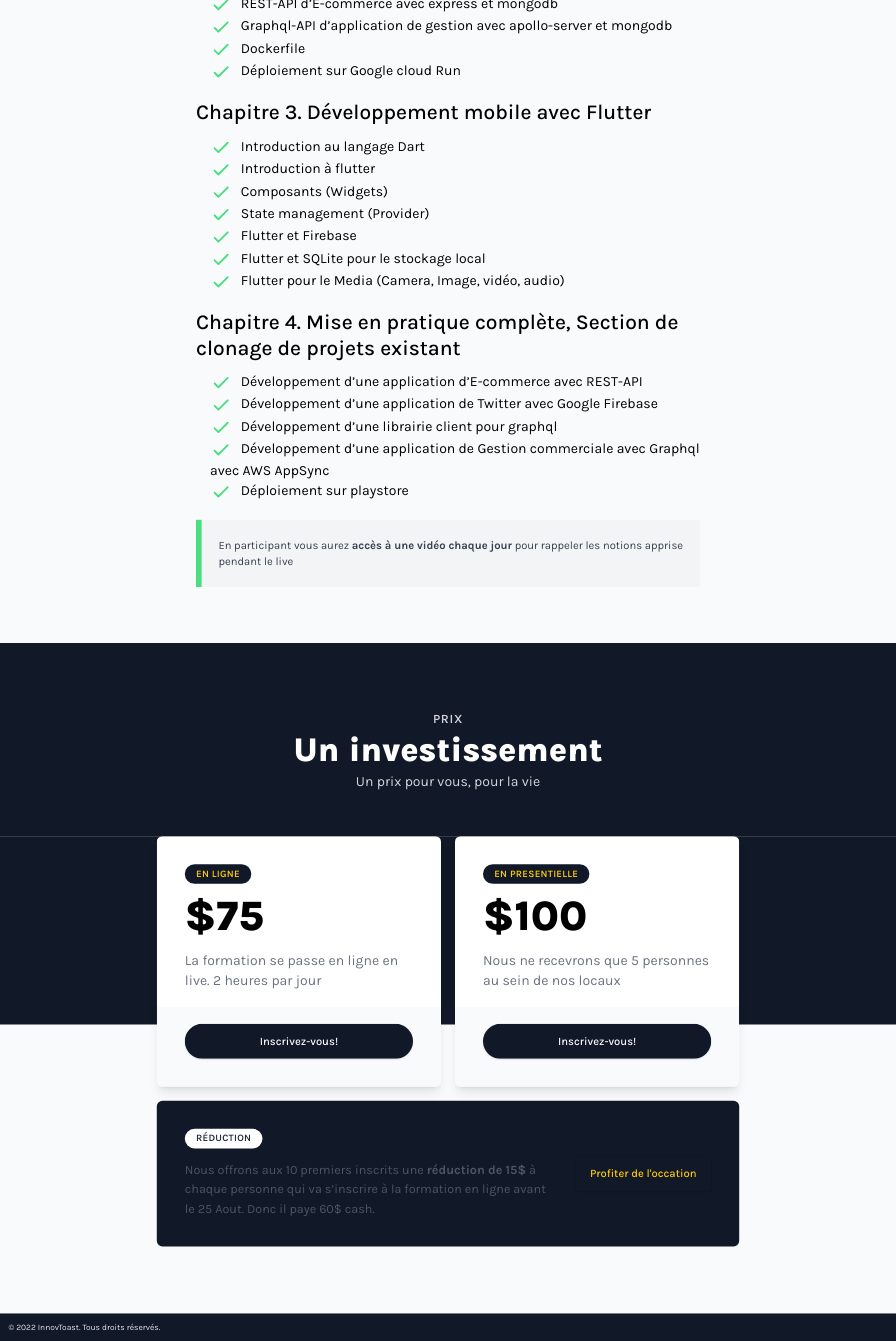
Repository: alfredlwanzo/course
Page: /
An editor plug-in stored every save of this project. The page is shown before and after the next save, followed by the edit.
The browser window is 1280 px wide. The pictures show the part of the page from y = 1562 to 3482 px (the page is 3478 px tall before and 3482 px after), at 70% of full size.
The project was rebuilt for these pictures with package versions that can differ from the ones it lists, and the page was loaded fresh each time. The framework's server and built-in components were replaced by stand-ins that run in the browser. Also part of the build but not shown: next.config.js.

Above is the page before, as saved 2022-08-09 14:40:14.

### pages/_app.tsx
import '../src/styles/globals.css'
import type { AppProps } from 'next/app'

function MyApp({ Component, pageProps }: AppProps) {
  return <Component {...pageProps} />
}

export default MyApp

### pages/_document.tsx
import NextDocument, { Html, Head, Main, NextScript } from "next/document";

type Props = {};

class MyDocument extends NextDocument<Props> {
  render() {
    return (
      <Html>
        <Head>
          <link rel="manifest" href="/manifest.json" />
          <link rel="apple-touch-icon" href="/icon.png"></link>
          <meta name="theme-color" content="#FFCB08" />
          <link rel="icon" href="/favicon.ico" />
        </Head>
        <body>
          <Main />
          <NextScript />
        </body>
      </Html>
    );
  }
}

export default MyDocument;

### pages/index.tsx
import Footer from '@src/components/Footers/Footer'
import ContentSection from '@src/components/sections/Content'
import HomeSection from '@src/components/sections/Home'
import PricingSection from '@src/components/sections/Pricing'
import type { NextPage } from 'next'
import Head from 'next/head'
import Image from 'next/image'


const Home: NextPage = () => {
  return (
    <div className="">
      <Head>
        <title>Innov | Bootcamp pour devenir fullStack developpeur</title>
        <meta name="description" content="Generated by create next app" />
        <link rel="icon" href="/favicon.ico" />
      </Head>

      <main className="">
       <section className="bg-primary pt-28 pb-14 md:pb-28">
        {/* section Home */}
        <HomeSection/>
       </section>

       {/* section content */}
       <section className="py-6 md:py-20">
        <ContentSection/>
       </section>
       {/* Section pricing */}
       <section>
        <PricingSection/>
       </section>
      </main>

      <Footer/>
    </div>
  )
}

export default Home

### src/styles/globals.css

/* Fonts: Comfortaa & Karla */
@import url('https://fonts.googleapis.com/css2?family=Comfortaa:wght@300;400;500;600;700&display=swap');
@import url('https://fonts.googleapis.com/css2?family=Karla:ital,wght@0,200;0,300;0,400;0,500;0,600;0,700;0,800;1,200;1,300;1,400;1,500;1,600;1,700;1,800&display=swap');

/* tailwind */
@tailwind base;
@tailwind components;
@tailwind utilities;


html,
body {
  padding: 0;
  margin: 0;
  @apply bg-gray-50;
  font-family: 'Karla', sans-serif;
}

a {
  color: inherit;
  text-decoration: none;
}

* {
  box-sizing: border-box;
}

### src/components/Footers/Footer.tsx
import React from 'react'
import Copyright from './Copyright'


const Footer = () => {
  return (
    <div className='bg-gray-900'>
        <Copyright/>
    </div>
  )
}

export default Footer

### src/components/sections/Content.tsx
import React from "react";
import { CheckIcon } from "@heroicons/react/outline";

const ContentSection = () => {
  return (
    <article className="max-w-3xl mx-auto px-3 sm:px-6">
      <blockquote className="bg-gray-900 border-l-8 border-l-primary text-gray-200 p-4">
        <h6 className="text-primary text-3xl font-extrabold">Contenu de la formation</h6>
        Nous avons mis du temps à préparer afin de produire un contenue riche. Nous avons appliqué une approche de rendre des notions complexes, faciles à apprendre. Nous voulons qu’une personne après avoir participer à cette formation puisse être capable de produire une application de A à Z sans beaucoup de difficultés. Notre Objectif est de créer de meilleurs développeurs Full-stack.
      </blockquote>
      {/* Chapter 1 */}
      <div className="mt-6">
        <h2 className="text-3xl font-medium">
          Chapitre 1. Développer des API pour votre application avec Nodejs
        </h2>
        <ul className="list-inside pl-5 mt-4">
          <li className="text-xl ">
            <CheckIcon className="inline-block h-8 w-8 mr-3 text-green-400" />
            Introduction général à nodejs
          </li>
          <li className="text-xl ">
            <CheckIcon className="inline-block h-8 w-8 mr-3 text-green-400" />
            Structure de contrôle
          </li>
          <li className="text-xl ">
            <CheckIcon className="inline-block h-8 w-8 mr-3 text-green-400" />
            Structure de données
          </li>
          <li className="text-xl ">
            <CheckIcon className="inline-block h-8 w-8 mr-3 text-green-400" />
            Introduction à Express.js
          </li>
          <li className="text-xl ">
            <CheckIcon className="inline-block h-8 w-8 mr-3 text-green-400" />
            Premier API REST avec Express
          </li>
          <li className="text-xl ">
            <CheckIcon className="inline-block h-8 w-8 mr-3 text-green-400" />
            Notion sur Mongodb
          </li>
          <li className="text-xl ">
            <CheckIcon className="inline-block h-8 w-8 mr-3 text-green-400" />
            Express et Mongodb + Prisma
          </li>
          <li className="text-xl ">
            <CheckIcon className="inline-block h-8 w-8 mr-3 text-green-400" />
            Notion sur le Graphql
          </li>
          <li className="text-xl ">
            <CheckIcon className="inline-block h-8 w-8 mr-3 text-green-400" />
            Apollo-graphql + mongoose
          </li>
        </ul>
      </div>
      {/* Chapitre 2 */}
      <div className="mt-6">
        <h2 className="text-3xl font-medium">
          Chapitre 2. Mise en pratique de développement serveur
        </h2>
        <ul className="list-inside pl-5 mt-4 ">
          <li className="text-xl ">
            <CheckIcon className="inline-block h-8 w-8 mr-3 text-green-400" />
            REST-API d’E-commerce avec express et mongodb
          </li>
          <li className="text-xl ">
            <CheckIcon className="inline-block h-8 w-8 mr-3 text-green-400" />
            Graphql-API d’application de gestion avec apollo-server et mongodb
          </li>
          <li className="text-xl ">
            <CheckIcon className="inline-block h-8 w-8 mr-3 text-green-400" />
            Dockerfile
          </li>
          <li className="text-xl ">
            <CheckIcon className="inline-block h-8 w-8 mr-3 text-green-400" />
            Déploiement sur Google cloud Run
          </li>
        </ul>
      </div>
      {/* Chapitre 3 */}
      <div className="mt-6">
        <h2 className="text-3xl font-medium">
          Chapitre 3. Développement mobile avec Flutter
        </h2>
        <ul className="list-inside pl-5 mt-4 ">
          <li className="text-xl ">
            <CheckIcon className="inline-block h-8 w-8 mr-3 text-green-400" />
            Introduction au langage Dart
          </li>
          <li className="text-xl ">
            <CheckIcon className="inline-block h-8 w-8 mr-3 text-green-400" />
            Introduction à flutter
          </li>
          <li className="text-xl ">
            <CheckIcon className="inline-block h-8 w-8 mr-3 text-green-400" />
            Composants (Widgets)
          </li>
          <li className="text-xl ">
            <CheckIcon className="inline-block h-8 w-8 mr-3 text-green-400" />
            State management (Provider)
          </li>
          <li className="text-xl ">
            <CheckIcon className="inline-block h-8 w-8 mr-3 text-green-400" />
            Flutter et Firebase
          </li>
          <li className="text-xl ">
            <CheckIcon className="inline-block h-8 w-8 mr-3 text-green-400" />
            Flutter et SQLite pour le stockage local
          </li>
          <li className="text-xl ">
            <CheckIcon className="inline-block h-8 w-8 mr-3 text-green-400" />
            Flutter pour le Media (Camera, Image, vidéo, audio)
          </li>
        </ul>
      </div>
       {/* Chapitre 4 */}
       <div className="mt-6">
        <h2 className="text-3xl font-medium">
          Chapitre 4. Mise en pratique complète, Section de clonage de projets existant
        </h2>
        <ul className="list-inside pl-5 mt-4 ">
          <li className="text-xl ">
            <CheckIcon className="inline-block h-8 w-8 mr-3 text-green-400" />
            Développement d’une application d’E-commerce avec REST-API
          </li>
          <li className="text-xl ">
            <CheckIcon className="inline-block h-8 w-8 mr-3 text-green-400" />
            Développement d’une application de Twitter avec Google Firebase
          </li>
          <li className="text-xl ">
            <CheckIcon className="inline-block h-8 w-8 mr-3 text-green-400" />
            Développement d’une librairie client pour graphql
          </li>
          <li className="text-xl ">
            <CheckIcon className="inline-block h-8 w-8 mr-3 text-green-400" />
            Développement d’une application de Gestion commerciale avec Graphql avec AWS AppSync
          </li>
          <li className="text-xl ">
            <CheckIcon className="inline-block h-8 w-8 mr-3 text-green-400" />
            Déploiement sur playstore
          </li>
        </ul>
      </div>
      <blockquote className="border-l-8 border-l-green-400 p-6 mt-6 bg-gray-100 text-gray-700">
        En participant vous aurez <span className="font-bold">accès à une vidéo chaque jour</span> pour rappeler les notions apprise pendant le live
      </blockquote>
    </article>
  );
};

export default ContentSection;

### src/components/sections/Home.tsx
import React from "react";
import SubscribeButton from "../buttons/SubscribeButton";
import PairProgramming from "../icons/PairProgramming";

const HomeSection = () => {
  return (
    <div className="max-w-7xl mx-auto px-3 sm:px-6">
      <div className="grid md:grid-cols-2 gap-10 lg:gap-0">
        <div>
          <div className="bg-gray-700 bg-opacity-40 w-max py-1 px-3 rounded-full">
            <h6 className="font-bold text-primary">
              Du 1 septembre au 25 octobre 2022.
            </h6>
          </div>
          <h1 className="text-5xl md:text-6xl text-gray-900 font-extrabold uppercase mt-2">
            Bootcamp pour devenir full-stack developpeur
          </h1>
          <p className="text-xl mt-2 text-gray-900">
            Ce bootcamp est une machine pour vous transformer en un développeur
            Full-Stack. Vous allez apprendre plusieurs notions difficiles à
            trouver dans nos universités. Avec 6 projets réels à développer,
            nous espèrons que vous allez aimer l’aventure.{" "}
            <span className="font-comfortaa font-bold">Innov</span> (notre
            équipe) prépare les séances avec totale concentration, dans le but
            de vous fournir du contenu riche et surtout simple à comprendre.
          </p>
          <div className="hidden md:block mt-9">
            <SubscribeButton />
          </div>
        </div>
        <div className="flex flex-col items-center justify-center">
          <PairProgramming className="w-auto h-52 md:h-80 -bottom-10" />
          <div className="block md:hidden mt-12">
            <SubscribeButton />
          </div>
        </div>
      </div>
    </div>
  );
};

export default HomeSection;

### src/components/sections/Pricing.tsx
import { CheckIcon } from '@heroicons/react/outline'

const tiers = [
  {
    name: 'En ligne',
    href: 'https://wa.me/+243978154329',
    price: 75,
    description: "La formation se passe en ligne en live.  2 heures par jour",
  },
  {
    name: 'En presentielle',
    href: 'https://wa.me/+243978154329',
    price: 100,
    description: 'Nous ne recevrons que 5 personnes au sein de nos locaux',
  },
]

export default function PricingSection() {
  return (
    <div className="bg-gray-900">
      <div className="pt-12 sm:pt-16 lg:pt-24">
        <div className="max-w-4xl mx-auto text-center px-4 sm:px-6 lg:px-8">
          <div className="max-w-3xl mx-auto space-y-2 lg:max-w-none">
            <h2 className="text-lg leading-6 font-semibold text-gray-300 uppercase tracking-wider">Prix</h2>
            <p className="text-3xl font-extrabold text-white sm:text-4xl lg:text-5xl">
            Un investissement
            </p>
            <p className="text-xl text-gray-300">
            Un prix pour vous,  pour la vie
            </p>
          </div>
        </div>
      </div>
      <div className="mt-8 pb-12 bg-gray-50 sm:mt-12 sm:pb-16 lg:mt-16 lg:pb-24">
        <div className="relative">
          <div className="absolute inset-0 h-3/4 bg-gray-900" />
          <div className="relative z-10 max-w-4xl mx-auto px-4 sm:px-6 lg:px-8">
            <div className="max-w-md mx-auto space-y-4 lg:max-w-5xl lg:grid lg:grid-cols-2 lg:gap-5 lg:space-y-0">
              {tiers.map((tier) => (
                <div key={tier.name} className="flex flex-col rounded-lg shadow-lg overflow-hidden">
                  <div className="px-6 py-8 bg-white sm:p-10 sm:pb-6">
                    <div>
                      <h3
                        className="inline-flex px-4 py-1 rounded-full text-sm font-semibold tracking-wide uppercase bg-gray-900 text-primary"
                        id="tier-standard"
                      >
                        {tier.name}
                      </h3>
                    </div>
                    <div className="mt-4 flex items-baseline text-6xl font-extrabold">
                      ${tier.price}
                    </div>
                    <p className="mt-5 text-xl text-gray-500">{tier.description}</p>
                  </div>
                  <div className="flex-1 flex flex-col justify-between px-6 pt-6 pb-8 bg-gray-50 space-y-6 sm:p-10 sm:pt-6">

                    <div className="rounded-full shadow">
                      <a
                        href={tier.href}
                        target="_blank"
                        rel="noreferrer"
                        className="flex items-center justify-center px-5 py-3 border border-transparent text-base font-medium rounded-full text-white bg-gray-900 hover:bg-gray-900"
                        aria-describedby="tier-standard"
                      >
                        Inscrivez-vous!
                      </a>
                    </div>
                  </div>
                </div>
              ))}
            </div>
          </div>
        </div>
        <div className="mt-4 relative max-w-4xl mx-auto px-4 sm:px-6 lg:px-8 lg:mt-5">
          <div className="max-w-md mx-auto lg:max-w-5xl">
            <div className="rounded-lg bg-gray-900 px-6 py-8 sm:p-10 lg:flex lg:items-center">
              <div className="flex-1">
                <div>
                  <h3 className="inline-flex px-4 py-1 rounded-full text-sm font-semibold tracking-wide uppercase bg-white text-gray-800">
                    Réduction
                  </h3>
                </div>
                <div className="mt-4 text-lg text-gray-600">
                Nous offrons aux 10 premiers inscrits une <span className="font-bold">réduction de 15$</span> à chaque personne qui va s’inscrire à la formation en ligne avant le 25 Aout. Donc il paye 60$ cash.
                </div>
              </div>
              <div className="mt-6 rounded-md shadow lg:mt-0 lg:ml-10 lg:flex-shrink-0">
                <a
                  href="https://wa.me/+243978154329"
                  target="_blank"
                  rel="noreferrer"
                  className="flex items-center justify-center px-5 py-3 border border-transparent text-base font-medium rounded-md text-primary bg-gray-900 hover:bg-gray-50"
                >
                  Profiter de l&apos;occation
                </a>
              </div>
            </div>
          </div>
        </div>
      </div>
    </div>
  )
}

### src/components/Footers/Copyright.tsx
import React from 'react'

const Copyright = () => {
  return (
    <div className='max-w-7xl mx-auto px-3 sm:px-6" py-3 text-gray-200 '>
        <p className='text-xs'>© 2022 InnovToast. Tous droits réservés.</p>
    </div>
  )
}

export default Copyright

### src/components/buttons/SubscribeButton.tsx
import React from "react";

const SubscribeButton = () => {
  return (
    <a
      href="https://wa.me/+243978154329"
      target="_blank"
      rel="noreferrer"
      className="bg-black text-primary py-4 px-10 text-xl font-semibold rounded-full border-4 border-gray-800 hover:bg-opacity-95 hover:border-gray-900"
    >
      Inscrivez-vous!
    </a>
  );
};

export default SubscribeButton;

Loaded but not shown: tailwind.config.js (18 lines, source omitted); src/components/icons/PairProgramming.tsx (865 lines, source omitted)

After the next save:
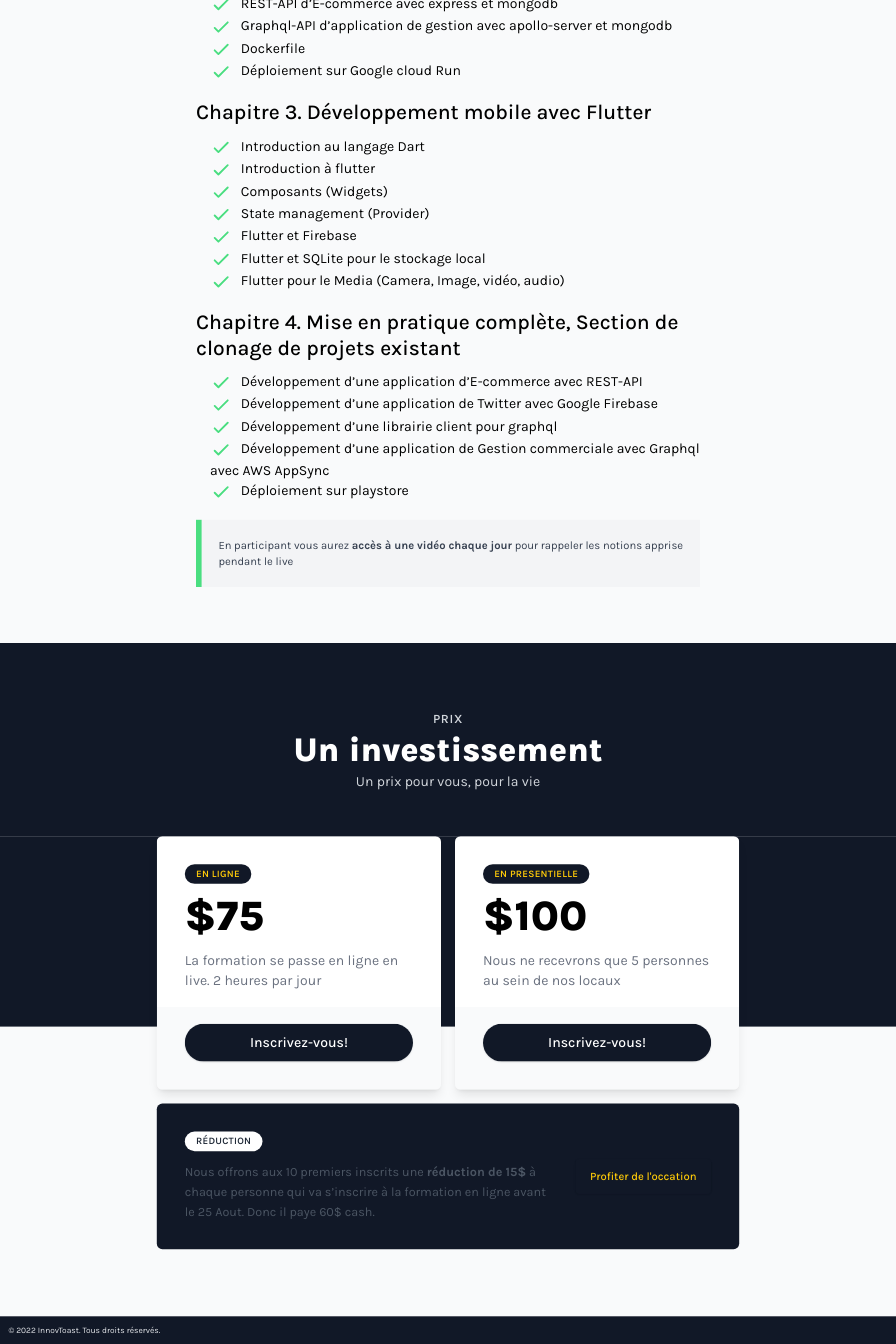
Saved 18 s later.
--- a/src/components/sections/Pricing.tsx
+++ b/src/components/sections/Pricing.tsx
@@ -59,7 +59,7 @@
                         href={tier.href}
                         target="_blank"
                         rel="noreferrer"
-                        className="flex items-center justify-center px-5 py-3 border border-transparent text-base font-medium rounded-full text-white bg-gray-900 hover:bg-gray-900"
+                        className="flex items-center justify-center px-5 py-3 border border-transparent text-xl font-medium rounded-full text-white bg-gray-900 hover:bg-gray-900"
                         aria-describedby="tier-standard"
                       >
                         Inscrivez-vous!
